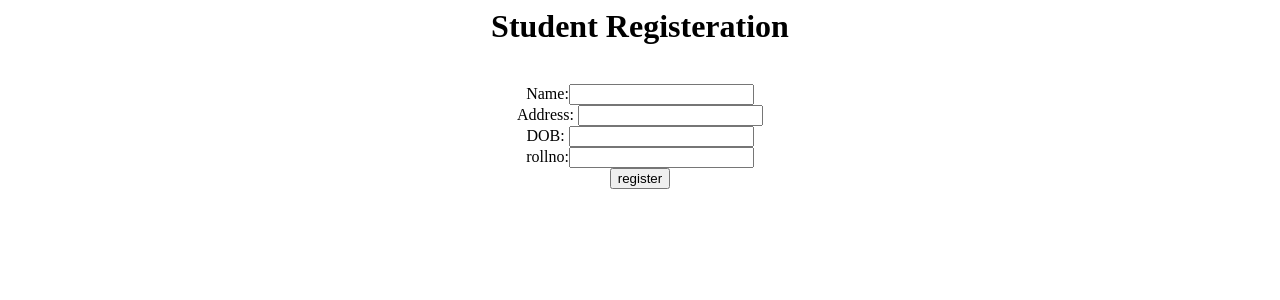
Repository: Mohan15/studentsession
Page: Student/war/register.html
These files come from the project's save history. The page is drawn as it stood at one moment and after the next save; the edit follows.
The browser window is 1280 px wide. The pictures show the whole page.

Above is the page before, as saved 2017-05-24 07:22:15.

### Student/war/register.html
<!DOCTYPE HTML PUBLIC "-//W3C//DTD HTML 4.01 Transitional//EN">
<!-- The HTML 4.01 Transitional DOCTYPE declaration-->
<!-- above set at the top of the file will set     -->
<!-- the browser's rendering engine into           -->
<!-- "Quirks Mode". Replacing this declaration     -->
<!-- with a "Standards Mode" doctype is supported, -->
<!-- but may lead to some differences in layout.   -->

<html>

  <body><center><form action="">
  			<h1>Student Registeration</h1><br>
    Name:<input type="text" name="name"><br>
   Address: <input type="text" name="adr"><br>
   DOB: <input type="text" name="dob"><br>
   rollno:<input type="text" name="rollno"><br>
   <input type="submit" value="register"/>
  </form> </center>
  </body>
</html>

After the next save:
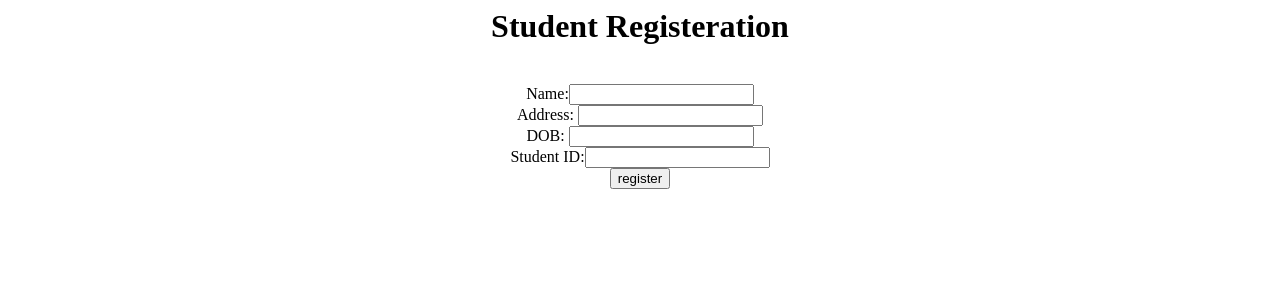
Saved 5 min 38 s later.
--- a/Student/war/register.html
+++ b/Student/war/register.html
@@ -13,7 +13,7 @@
     Name:<input type="text" name="name"><br>
    Address: <input type="text" name="adr"><br>
    DOB: <input type="text" name="dob"><br>
-   rollno:<input type="text" name="rollno"><br>
+   Student ID:<input type="text" name="rollno"><br>
    <input type="submit" value="register"/>
   </form> </center>
   </body>
